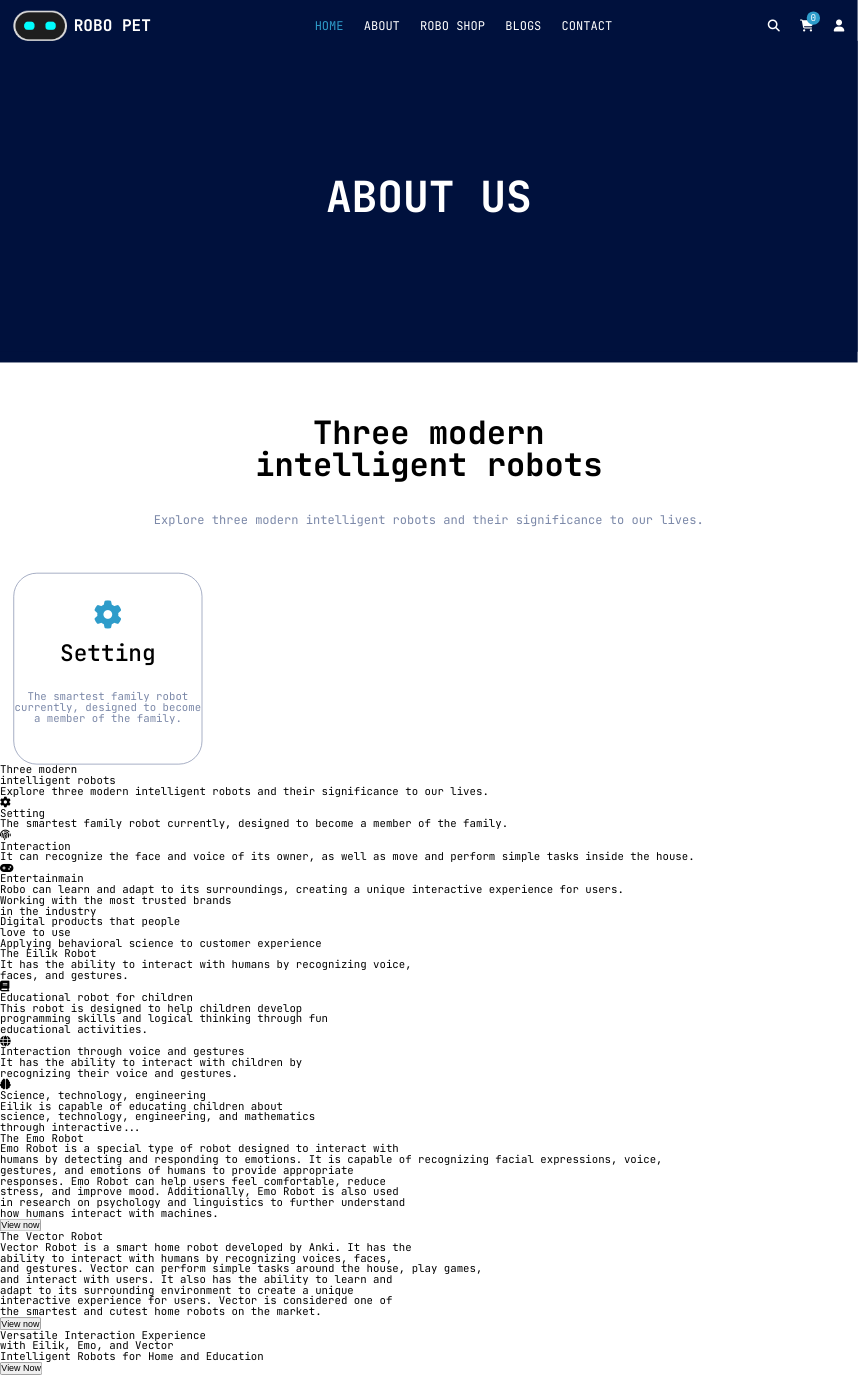
Repository: trietle101/du-an-1
Page: http://localhost/about.html
The author's editor kept a copy of each file at every save. The page is drawn from the files as they stood at one save, then again after the next save.
The browser window is 1280 px wide. The pictures show the whole page, at 67% of full size.
Some web libraries are served in a nearby version. The page is run by PHP 8.4 with error messages shown; the project is at /var/www/html/.

Above is the page before, as saved 2023-03-12 22:48:46.

### about.html
<!DOCTYPE html>
<html lang="en">
  <head>
    <meta charset="UTF-8" />
    <meta http-equiv="X-UA-Compatible" content="IE=edge" />
    <meta name="viewport" content="width=device-width, initial-scale=1.0" />
    <title>About</title>
    <link rel="stylesheet" href="assets/css/reset.css" />
    <link rel="preconnect" href="https://fonts.googleapis.com" />
    <link rel="preconnect" href="https://fonts.gstatic.com" crossorigin />
    <link rel="stylesheet" href="assets/css/about.css">
    <link
      href="https://fonts.googleapis.com/css2?family=JetBrains+Mono:wght@300;400;500;700&display=swap"
      rel="stylesheet"
    />
    <script
      src="https://kit.fontawesome.com/08ee78edd1.js"
      crossorigin="anonymous"
    ></script>
  </head>
  <body>
    <header class="header">
      <div class="container">
        <nav class="header-nav">
          <a href="#" class="header-logo">
            <img src="assets/img/logo.png" />
            <span>ROBO PET</span>
          </a>

          <ul class="nav__list">
            <li class="nav__item">
              <a href="#" class="nav__link active">Home</a>
            </li>
            <li class="nav__item">
              <a href="#" class="nav__link">About</a>
            </li>
            <li class="nav__item">
              <a href="#" class="nav__link">Robo shop</a>
            </li>
            <li class="nav__item">
              <a href="#" class="nav__link">Blogs</a>
            </li>
            <li class="nav__item">
              <a href="#" class="nav__link">Contact</a>
            </li>
          </ul>

          <ul class="nav__list">
            <li class="nav__item">
              <a href="" class="nav__link"
                ><i class="fa-solid fa-magnifying-glass"></i
              ></a>
            </li>
            <li class="nav__item">
              <a href="" class="nav__link absolute">
                <i class="fa-solid fa-cart-shopping"></i>
                <span>0</span>
              </a>
            </li>
            <li class="nav__item">
              <a href="" class="nav__link"><i class="fa-solid fa-user"></i></a>
            </li>
          </ul>
        </nav>
      </div>
      <div class="header-banner">
        <div class="container">
          <h1 class="banner-title">ABOUT US</h1>
        </div>
      </div>
    </header>
    <section class="modern">
      <div class="container">
        <h2 class="modern-title">Three modern <br> intelligent robots</h2>
        <p class="modern-desc">Explore three modern intelligent robots and their significance to our lives.</p>
        <div class="modern-box">
          <div class="modern-item">
            <div class="modern-center">
              <i class="fa-solid fa-gear"></i>
              <h3 class="modern-box-title">Setting</h3>
              <p class="modern-box-desc">The smartest family robot currently, designed to become a member of the family.</p>
            </div>
          </div>
        </div>
      </div>
    </section>

    <!--phần banner-->
    <div class="banner">
           </div>
           <div class="name2">
            <h2>Three modern <br>
              intelligent robots</h2>
            <p>Explore three modern intelligent robots and their significance to our lives.</p>

        <div class="box-top">
            <div class="namebox">
                <i class="fa-solid fa-gear"></i>
                <h3>Setting</h3>
                <p>The smartest family robot currently, designed to become a member of the family.</p>
            </div>


            <div  class="namebox">
              <i class="fa-solid fa-fingerprint"></i>
                <h3>Interaction</h3>
                <p>It can recognize the face and voice of its owner, as well as move and perform simple tasks inside the house.</p>
            </div>


            <div class="namebox">
              <i class="fa-solid fa-gamepad"></i>
                <h3>Entertainmain</h3>
                <p>Robo can learn and adapt to its surroundings, creating a unique interactive experience for users.</p>
            </div>
        </div>

        <div class="name2">
          <h2>Working with the most trusted brands <br> in the industry</h2>
        </div>

        <div class="banner2">
        </div>
        <div class="namebanner2">
          <h4>Digital products that people <br> love to use</h4>
          <p>Applying behavioral science to customer experience</p>
          <div class="box-text">
            <h5>The Eilik Robot</h5>
            <p>It has the ability to interact with humans by recognizing voice,<br> faces, and gestures.</p>
               <div class="box-content">
                <i class="fa-solid fa-book"></i>
                <h6>Educational robot for children</h6>
                <p>This robot is designed to help children develop <br> programming skills and logical thinking through fun <br> educational activities.</p>
               </div>

               <div class="box-content">
                <i class="fa-solid fa-globe"></i>
                <h6>Interaction through voice and gestures</h6>
                <p>It has the ability to interact with children by <br> recognizing their voice and gestures.</p>
               </div>

               <div class="box-content">
                <i class="fa-solid fa-brain"></i>
                <h6>Science, technology, engineering</h6>
                <p> Eilik is capable of educating children about <br> science, technology, engineering, and mathematics <br> through interactive...</p>
               </div>

          </div>
          <div class="box-content2">
            <h6>The Emo Robot</h6>
            <p>Emo Robot is a special type of robot designed to interact with <br> humans by detecting and responding to emotions.

              It is capable of recognizing facial expressions, voice,<br>  gestures, and emotions of humans to provide appropriate <br> responses. Emo Robot can help users feel comfortable, reduce <br> stress, and improve mood. Additionally, Emo Robot is also used <br> in research on psychology and linguistics to further understand <br> how humans interact with machines.</p>
          </div>

          <button>View now</button>

          <div class="box-content3">
            <h6>The Vector Robot</h6>
            <p>Vector Robot is a smart home robot developed by Anki. It has  the <br> ability to interact with humans by recognizing voices, faces, <br> and gestures.

              Vector can perform simple tasks around the house, play games, <br> and interact with users. It also has the ability to learn and <br> adapt to its surrounding environment to create a unique <br> interactive experience for users. Vector is considered one of <br> the smartest and cutest home robots on the market.</p>
              <button>View now</button>
            </div>
        </div>
        <div class="endbanner">
          <h2>Versatile Interaction Experience <br> with Eilik, Emo, and Vector</h2>
                <p>Intelligent Robots for Home and Education</p>
                <button>View Now</button>
        </div>
  </body>
  <script src="assets/script/script.js"></script>
</html>

### assets/css/reset.css
/* http://meyerweb.com/eric/tools/css/reset/
   v2.0 | 20110126
   License: none (public domain)
*/
html,
body,
div,
span,
applet,
object,
iframe,
h1,
h2,
h3,
h4,
h5,
h6,
p,
blockquote,
pre,
a,
abbr,
acronym,
address,
big,
cite,
code,
del,
dfn,
em,
img,
ins,
kbd,
q,
s,
samp,
small,
strike,
strong,
sub,
sup,
tt,
var,
b,
u,
i,
center,
dl,
dt,
dd,
ol,
ul,
li,
fieldset,
form,
label,
legend,
table,
caption,
tbody,
tfoot,
thead,
tr,
th,
td,
article,
aside,
canvas,
details,
embed,
figure,
figcaption,
footer,
header,
hgroup,
menu,
nav,
output,
ruby,
section,
summary,
time,
mark,
audio,
video {
  margin: 0;
  padding: 0;
  border: 0;
  font-size: 100%;
  font: inherit;
  vertical-align: baseline;
}

/* HTML5 display-role reset for older browsers */
article,
aside,
details,
figcaption,
figure,
footer,
header,
hgroup,
menu,
nav,
section {
  display: block;
}

body {
  line-height: 1;
}

ol,
ul {
  list-style: none;
}

blockquote,
q {
  quotes: none;
}

blockquote:before,
blockquote:after,
q:before,
q:after {
  content: "";
  content: none;
}

table {
  border-collapse: collapse;
  border-spacing: 0;
}

*,
*:after,
*:before {
  margin: 0;
  padding: 0;
  box-sizing: border-box;
}
ul,
li {
  list-style-type: none;
}
a {
  text-decoration: none;
}

### assets/css/about.css
:root {
  --primary-color: #00113d;
  --secondary-color: #2e9cca;
}

html {
  box-sizing: border-box;
}

img {
  display: block;
  max-width: 100%;
}

body {
  font-family: "JetBrains Mono", sans-serif;
  min-height: 100vh;
  margin: 0;
}
header {
  background: var(--primary-color);
  padding: 1em 0;
  width: 100%;
}
.container {
  max-width: 1240px;
  margin: 0 auto;
}

.header-nav {
  display: flex;
  justify-content: space-between;
  align-items: center;
  flex-wrap: nowrap;
}

.header-logo {
  display: flex;
  justify-content: center;
  align-items: center;
}

.header-logo span {
  text-decoration: none;
  color: #fff;
  font-size: 24px;
  font-weight: bold;
  margin-right: 0.5em;
  margin-left: 10px;
}

.nav__list {
  display: flex;
  justify-content: space-between;
  align-items: center;
  flex-wrap: nowrap;
}

.nav__item:not(:first-child) {
  margin-left: 30px;
}

.nav__link {
  color: #fff;
  text-decoration: none;
  text-transform: uppercase;
  transition: 0.3s ease-in-out;
  font-size: 18px;
}

.nav__link.active {
  color: var(--secondary-color);
}

.nav__link:hover {
  color: var(--secondary-color);
}

.nav__link:hover span {
  color: var(--secondary-color);
  background-color: #fff;
}

.nav__link.absolute {
  position: relative;
}

.nav__link span {
  position: absolute;
  display: inline-block;
  background-color: var(--secondary-color);
  width: 20px;
  height: 20px;
  font-size: 14px;
  text-align: center;
  padding-top: 2px;
  border-radius: 50%;
  top: -10px;
  left: 10px;
  transition: 0.3s ease-in-out;
}

.line-effect {
  width: 0;
  height: 2px;
  background-color: var(--secondary-color);
  position: fixed;
  pointer-events: none;
  transition: all 0.25s linear;
}
.header-banner {
  width: 100%;
  max-height: 500px;
  margin: 0 auto;
  background-color: #00113d;
  padding: 200px 0;
}
.banner-title {
  font-weight: 700;
  font-size: 64px;
  color: #fff;
  text-transform: uppercase;
  text-align: center;
}
.modern {
  padding-top: 80px;
}
.modern-title {
  font-weight: 700;
  font-size: 48px;
  text-align: center;
}
.modern-desc {
  font-weight: 400;
  font-size: 18px;
  color: #7b88a8;
  text-align: center;
  margin-top: 50px;
}
.modern-box {
  margin-top: 70px;
  display: flex;
  justify-content: space-between;
  align-items: center;
  flex-wrap: nowrap;
}
.modern-item {
  max-width: calc(33.33% - 30px);
  border: 1px solid #7b88a8;
  border-radius: 35px;
}
.modern-item i {
  font-size: 42px;
  color: var(--secondary-color);
  margin-top: 40px;
}
.modern-center {
  text-align: center;
}
.modern-box-title {
  font-weight: 500;
  font-size: 34px;
  margin-top: 20px;
  margin-bottom: 40px;
}
.modern-box-desc {
  font-weight: 400;
  font-size: 16px;
  color: #7b88a8;
  margin-bottom: 60px;
  width: 280px;
}

### assets/script/script.js
window.addEventListener("load", function () {
  // --- Menu ---
  const links = [...document.querySelectorAll(".nav__link")];
  links.forEach((item) => item.addEventListener("mouseenter", handleHoverLink));
  const line = document.createElement("div");
  line.classList = "line-effect";
  document.body.appendChild(line);

  function handleHoverLink(event) {
    const { left, top, width, height } = event.target.getBoundingClientRect();
    const offsetBottom = 5;
    line.style.width = `${width}px`;
    line.style.left = `${left}px`;
    line.style.top = `${top + height + offsetBottom}px`;
  }
  const menu = document.querySelector(".nav__list");
  menu.addEventListener("mouseleave", function () {
    line.style.width = 0;
  });

  const nav = document.querySelectorAll(".nav__link");
  nav.forEach((item) => {
    item.addEventListener("click", () => {
      nav.forEach((item) => {
        item.classList.remove("active");
      });
      item.classList.add("active");
    });
  });
});

After the next save:
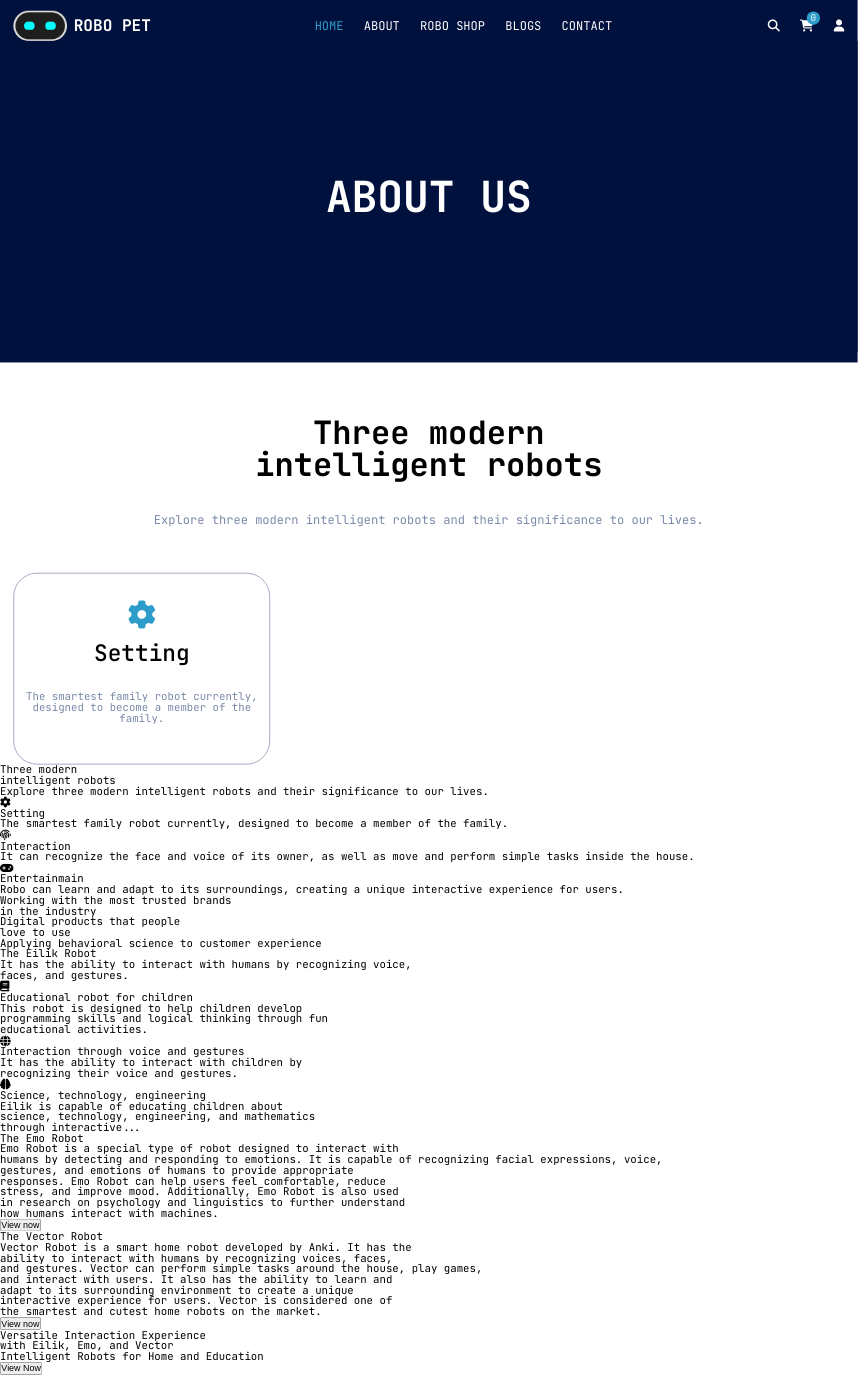
Saved 7 s later.
--- a/assets/css/about.css
+++ b/assets/css/about.css
@@ -168,5 +168,4 @@
   font-size: 16px;
   color: #7b88a8;
   margin-bottom: 60px;
-  width: 280px;
 }
